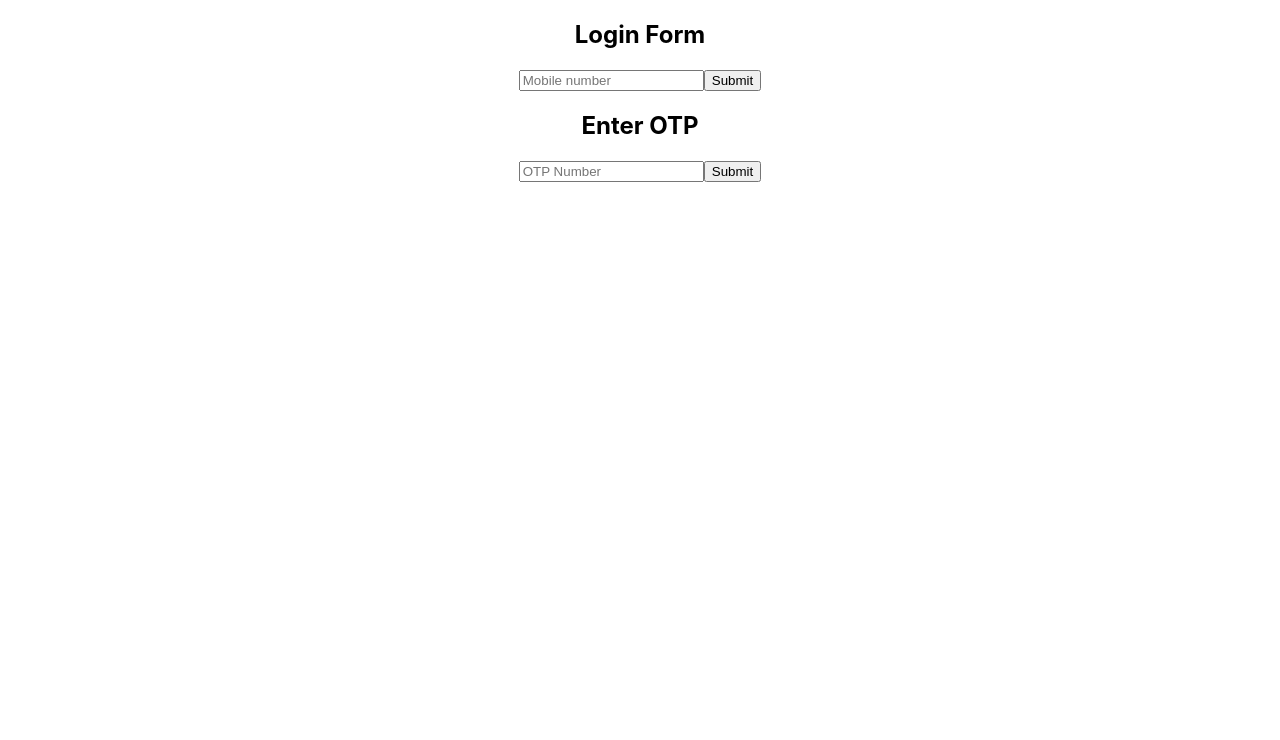
Repository: jagan607/N-Kalari
Page: /
The author's editor kept a copy of each file at every save. The page is drawn from the files as they stood at one save, then again after the next save.
The browser window is 1280 px wide. The pictures show the whole page.
The project was rebuilt for these pictures with package versions that can differ from the ones it lists, and the page was loaded fresh each time.

Above is the page before, as saved 2022-01-06 17:24:00.

### src/App.js
import logo from './logo.svg';
import './App.css';
import Login from './components/Login/Login'

function App() {
  return (
    <div className="App">
        <Login></Login>
    </div>
  );
}

export default App;

### src/App.css
body,
html,
.App,
#root,
.main {
  width: 100%;
  height:100%;
  scroll-behavior: smooth;

}
body{
    margin: 0;
    padding: 0;
    text-align: center;
    background: #fff;
}

### src/components/Login/Login.js
import { render } from "@testing-library/react";
import React, { Component } from "react"
import firebase from './../../helpers/firebase'


class Login extends Component{
    constructor(props){
        super(props);

    }


handleChange = (e) =>{
    const {name, value } = e.target
    this.setState({
        [name]: value
      })
  }
  configureCaptcha = () =>{
    window.recaptchaVerifier = new firebase.auth.RecaptchaVerifier('sign-in-button', {
      'size': 'invisible',
      'callback': (response) => {

        this.onSignInSubmit();
        console.log("Recaptca varified")
      },
      defaultCountry: "IN"
    });
  }
  onSignInSubmit = (e) => {
    e.preventDefault()
    this.configureCaptcha()
    const phoneNumber = "+91" + this.state.mobile
    console.log(phoneNumber)
    const appVerifier = window.recaptchaVerifier;
    firebase.auth().signInWithPhoneNumber(phoneNumber, appVerifier)
        .then((confirmationResult) => {

          window.confirmationResult = confirmationResult;
          console.log("OTP has been sent")

        }).catch((error) => {

          console.log("SMS not sent")
        });
  }
  onSubmitOTP = (e) =>{
    e.preventDefault()
    const code = this.state.otp
    console.log(code)
    window.confirmationResult.confirm(code).then((result) => {
      // User signed in successfully.
      const user = result.user;
      console.log(JSON.stringify(user))
      alert("User is verified")

    }).catch((error) => {

    });
  }

render(){
    return(
        <div>
        <h2>Login Form</h2>
        <form onSubmit={this.onSignInSubmit}>
          <div id="sign-in-button"></div>
          <input type="number" name="mobile" placeholder="Mobile number" required onChange={this.handleChange}/>
          <button type="submit">Submit</button>
        </form>

        <h2>Enter OTP</h2>
        <form onSubmit={this.onSubmitOTP}>
          <input type="number" name="otp" placeholder="OTP Number" required onChange={this.handleChange}/>
          <button type="submit">Submit</button>
        </form>
      </div>
    );
}

}

export default Login;

### src/helpers/firebase.js
import firebase from 'firebase/compat/app';
import 'firebase/compat/auth';

var firebaseConfig = {
    apiKey: "AIzaSyDZjLb_085wvPOTY7agukIuBDpo2tSR5GM",
    authDomain: "nkalari-8f0ee.firebaseapp.com",
    projectId: "nkalari-8f0ee",
    storageBucket: "nkalari-8f0ee.appspot.com",
    messagingSenderId: "627102137961",
    appId: "1:627102137961:web:5232a754646159907d6cf8",
    measurementId: "G-GL01VM6V4Y"
  };

firebase.initializeApp(firebaseConfig);

export default firebase;

Loaded but not shown: public/index.html (common file); src/index.js (common file); src/index.css (common file); src/reportWebVitals.js (common file)

After the next save:
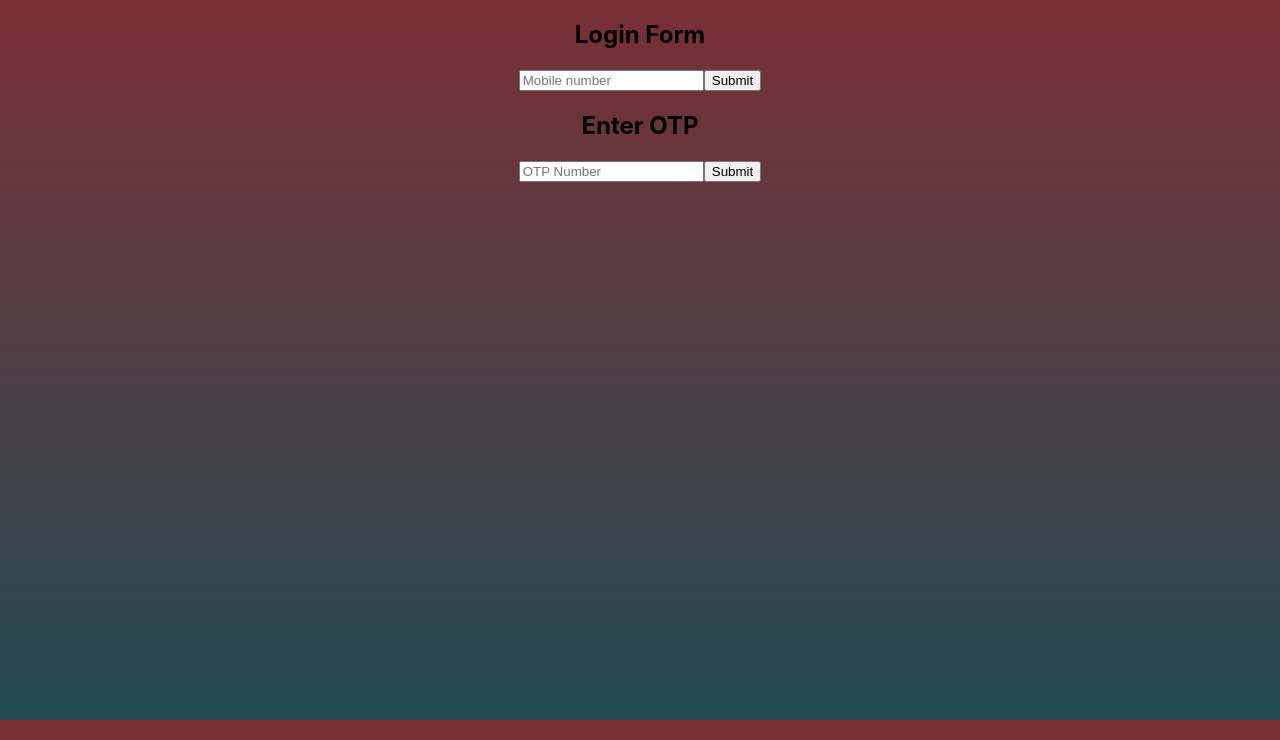
Saved 109 s later.
--- a/src/App.css
+++ b/src/App.css
@@ -12,5 +12,5 @@ body{
     margin: 0;
     padding: 0;
     text-align: center;
-    background: #fff;
-}
+    background-image: linear-gradient(#7A2F35, #234C54);
+  }
